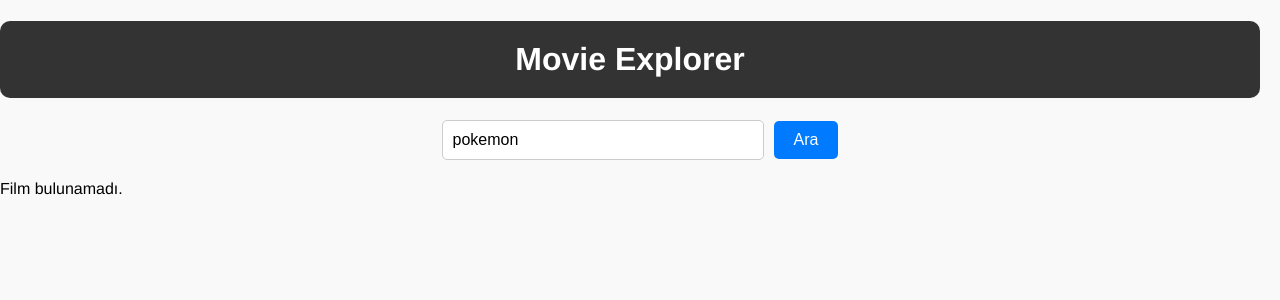
Repository: denizdizi/movie-explorer
Page: /
These files come from the project's save history. The page is drawn as it stood at one moment and after the next save; the edit follows.
The browser window is 1280 px wide. The pictures show the whole page.
The page's requests for data from a server got no answer. The project was rebuilt for these pictures with package versions that can differ from the ones it lists, and the page was loaded fresh each time. No one was signed in, and anything a server would have sent is missing. Also part of the build but not shown: src/App.css, src/components/MovieCard.js.

Above is the page before, as saved 2025-03-28 11:14:10.

### src/index.js
import React from 'react';
import ReactDOM from 'react-dom/client';
import './index.css';
import App from './App';
import reportWebVitals from './reportWebVitals';
import { Provider } from 'react-redux';
import store from "./store/store";

const root = ReactDOM.createRoot(document.getElementById('root'));
root.render(
  <Provider store={store}>
    <App />
  </Provider>
);

// If you want to start measuring performance in your app, pass a function
// to log results (for example: reportWebVitals(console.log))
// or send to an analytics endpoint. Learn more: https://bit.ly/CRA-vitals
reportWebVitals();

### src/App.js
import './App.css';
import React from "react";
import { BrowserRouter as Router, Routes, Route } from "react-router-dom";
import Home from "./pages/Home";
import "./styles/global.scss";

function App() {
  return (
    <Router>
      <Routes>
        <Route path="/" element={<Home />} />
        {/* <Route path="/movie/:id" element={<MovieDetails />} /> */}
      </Routes>
    </Router>
  );
}

export default App;

### src/store/store.js
import { createStore, applyMiddleware, combineReducers } from "redux";
import { thunk } from "redux-thunk";
import movieReducer from "./reducers";

const rootReducer = combineReducers({
  movies: movieReducer,
});

const store = createStore(rootReducer, applyMiddleware(thunk));

export default store;

### src/pages/Home.js
import React, { useEffect } from "react";
import { useDispatch, useSelector } from "react-redux";
import { fetchMovies } from "../store/actions";
import MovieList from "../components/MovieList";
import SearchBar from "../components/SearchBar";

const Home = () => {
  const dispatch = useDispatch();
  const { movies, loading, error } = useSelector((state) => state.movies);

  useEffect(() => {
    dispatch(fetchMovies("pokemon")); // Varsayılan olarak bir film listesi getir
  }, [dispatch]);

  return (
    <div>
      <h1 className="page-title">Movie Explorer</h1>
      <SearchBar />
      {loading && <p>Yükleniyor...</p>}
      {error && <p>Hata: {error}</p>}
      <MovieList movies={movies} />
    </div>
  );
};

export default Home;

### src/styles/global.scss
body {
    font-family: 'Franklin Gothic Medium', 'Arial Narrow', Arial, sans-serif;
    background-color: #f9f9f9;
}

.movie-list {
    justify-content: center;
}

.movie-line {
  display: flex;
  align-items: center;
  margin-bottom: 2em;
  background-color: #f9f9f9;
  gap: 2em;
  justify-content: center;
}

.movie-card {
  width: 200px; /* Kartın genişliği */
  height: 300px; /* Kartın yüksekliği */
  border-radius: 10px; /* Köşeleri yuvarlat */
  box-shadow: 0 4px 8px rgba(0, 0, 0, 0.2); /* Gölgelendirme */
  overflow: hidden; /* İçerik taşmasını engelle */
  background-color: #fff; /* Arka plan beyaz */
  display: flex;
  flex-direction: column; /* İçeriği dikey yerleştir */
  align-items: center;
  justify-content: flex-start; /* Başlık ve içerikler üst kısımda yer alsın */
  padding: 10px;
  border: 1px solid #ddd; /* Çerçeve */
}

.img-container {
  width: 100%; /* Konteynerin genişliği */
  height: 60%; /* Resmin yüksekliği */
  overflow: hidden;
  padding: 0; /* Paddingi sıfırlayın */
  display: flex;
  justify-content: center;
  align-items: center; /* Resmin ortalanması için */
  border-radius: 5px;
}

.img-container img {
  width: 100%;
  height: 100%;
  object-fit: cover; /* Resmi konteynere tam sığdır */
  object-position: center;
}

.movie-card h3 {
  margin-top: 10px;
  font-size: 16px;
  text-align: center;
}

@media (max-width: 700px) {
  .movie-line {
    flex-direction: column;
  }

  .img-container {
    height: 60%; /* Küçük ekranlarda img-container yüksekliğini azaltın */
  }
}

.search-bar {
    display: flex;
    align-items: center;
    justify-content: center;
    margin: 20px 0;
  }

  .input-wrapper {
    display: flex;
    position: relative;
  }

  .search-input {
    padding: 10px;
    font-size: 1rem;
    border-radius: 5px;
    border: 1px solid #ccc;
    width: 300px;
    transition: all 0.3s ease;
  }

  .search-input:focus {
    border-color: #007bff;
    outline: none;
  }

  .clear-btn {
    position: absolute;
    top: 50%;
    right: 10px;
    transform: translateY(-50%);
    background: none;
    border: none;
    font-size: 18px;
    color: #ccc;
    cursor: pointer;
    transition: color 0.3s;
  }

  .clear-btn:hover {
    color: #007bff;
  }

  .search-btn {
    padding: 10px 20px;
    background-color: #007bff;
    color: white;
    border: none;
    border-radius: 5px;
    cursor: pointer;
    margin-left: 10px;
    font-size: 1rem;
  }

  .search-btn:hover {
    background-color: #0056b3;
  }

  .page-title {
    background-color: #333; /* Başlık arkaplan rengini koyu gri yapıyoruz */
    color: #fff; /* Yazı rengini beyaz yapıyoruz */
    padding: 20px; /* Arka planın etrafına biraz boşluk ekliyoruz */
    font-size: 2em; /* Başlık boyutunu büyütüyoruz */
    margin-right: 20px; /* Yazıya sağdan biraz boşluk ekliyoruz */
    text-align: center; /* Başlığı ortalıyoruz */
    border-radius: 10px; /* Köşelere yuvarlaklık ekliyoruz */
  }

### src/store/reducers.js
import { FETCH_MOVIES_REQUEST, FETCH_MOVIES_SUCCESS, FETCH_MOVIES_FAILURE } from "./actions";

const initialState = {
  movies: [],
  loading: false,
  error: null,
};

const movieReducer = (state = initialState, action) => {
  switch (action.type) {
    case FETCH_MOVIES_REQUEST:
      return { ...state, loading: true };
    case FETCH_MOVIES_SUCCESS:
      return { ...state, loading: false, movies: action.payload };
    case FETCH_MOVIES_FAILURE:
      return { ...state, loading: false, error: action.payload };
    default:
      return state;
  }
};

export default movieReducer;

### src/store/actions.js
import { searchMovies } from "../utils/api";

export const FETCH_MOVIES_REQUEST = "FETCH_MOVIES_REQUEST";
export const FETCH_MOVIES_SUCCESS = "FETCH_MOVIES_SUCCESS";
export const FETCH_MOVIES_FAILURE = "FETCH_MOVIES_FAILURE";

export const fetchMovies = (query = "pokemon", page = 1) => async (dispatch) => {
  dispatch({ type: FETCH_MOVIES_REQUEST });

  try {
    const movies = await searchMovies(query, page);
    dispatch({ type: FETCH_MOVIES_SUCCESS, payload: movies });
  } catch (error) {
    dispatch({ type: FETCH_MOVIES_FAILURE, payload: error.message });
  }
};

### src/components/MovieList.js
import React from "react";
import MovieCard from "./MovieCard";

const MovieList = ({ movies }) => {
  if (!movies || movies.length === 0) {
    return <p>Film bulunamadı.</p>;
  }

  return (
    <div className="movie-list">
      <div className="row movie-line">
        {movies.slice(0, 5).map((movie) => (
          <MovieCard key={movie.imdbID} movie={movie} />
        ))}
      </div>
      <div className="row movie-line">
        {movies.slice(5, 10).map((movie) => (
          <MovieCard key={movie.imdbID} movie={movie} />
        ))}
      </div>
    </div>
  );
};

export default MovieList;

### src/components/SearchBar.js
import React, { useState } from "react";
import { useDispatch } from "react-redux";
import { fetchMovies } from "../store/actions";

const SearchBar = () => {
  const [query, setQuery] = useState("pokemon");
  const dispatch = useDispatch();

  const handleSearch = (e) => {
    e.preventDefault();
    if (query.trim() !== "") {
      dispatch(fetchMovies(query));
    }
  };

  return (
    <form onSubmit={handleSearch} className="search-bar">
      <div className="input-wrapper">
        <input
          type="text"
          placeholder="Film ara..."
          value={query}
          onChange={(e) => setQuery(e.target.value)}
          className="search-input"
        />
      </div>
      <button type="submit" className="search-btn">
        Ara
      </button>
    </form>
  );
};

export default SearchBar;

### src/utils/api.js
import axios from "axios";

const API_KEY = "df54e6ed";
const BASE_URL = "https://www.omdbapi.com/";

export const searchMovies = async (text = "pokemon", page = 1) => {
  try {
    const response = await axios.get(BASE_URL, {
      params: {
        apikey: API_KEY,
        s: text,
        page: page,
      },
    });
    return response.data.Search;
  } catch (error) {
    console.error("Film arama hatası:", error);
    return [];
  }
};

export const getMovieDetails = async (movieID) => {
  try {
    const response = await axios.get(BASE_URL, {
      params: {
        apikey: API_KEY,
        i: movieID,
      },
    });
    return response.data;
  } catch (error) {
    console.error("Film detaylarını getirme hatası:", error);
    return null;
  }
};

Loaded but not shown: public/index.html (common file); src/index.css (common file); src/reportWebVitals.js (common file); src/styles/movie.scss (no stored copy; drawn as an empty file)

After the next save:
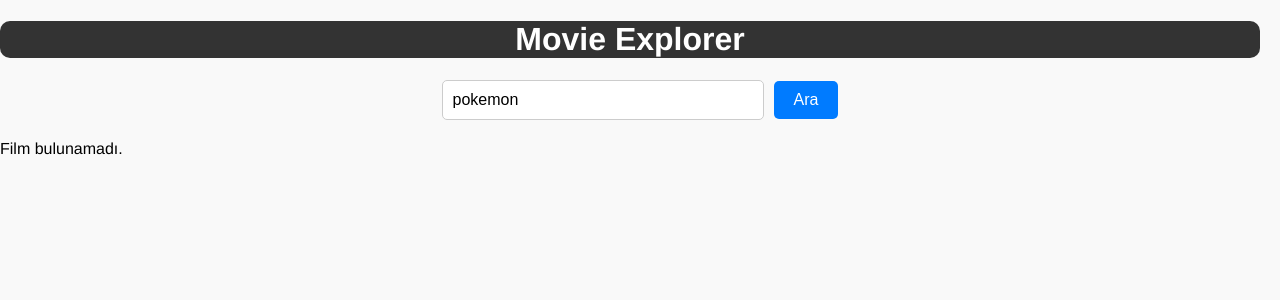
Saved 55 s later.
--- a/src/styles/global.scss
+++ b/src/styles/global.scss
@@ -125,8 +125,7 @@
 
   .page-title {
     background-color: #333; /* Başlık arkaplan rengini koyu gri yapıyoruz */
-    color: #fff; /* Yazı rengini beyaz yapıyoruz */
-    padding: 20px; /* Arka planın etrafına biraz boşluk ekliyoruz */
+    color: #fff; /* Yazı rengini beyaz yapıyoruz */ /* Arka planın etrafına biraz boşluk ekliyoruz */
     font-size: 2em; /* Başlık boyutunu büyütüyoruz */
     margin-right: 20px; /* Yazıya sağdan biraz boşluk ekliyoruz */
     text-align: center; /* Başlığı ortalıyoruz */

After the save that followed:
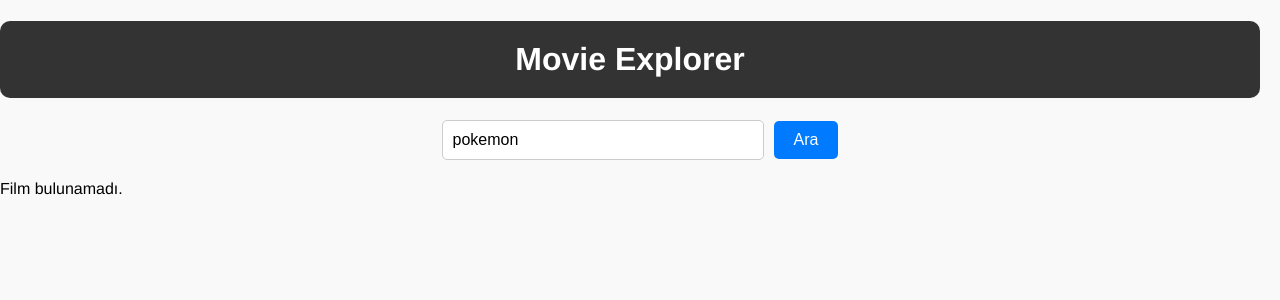
Saved 7 s later.
--- a/src/styles/global.scss
+++ b/src/styles/global.scss
@@ -125,7 +125,8 @@
 
   .page-title {
     background-color: #333; /* Başlık arkaplan rengini koyu gri yapıyoruz */
-    color: #fff; /* Yazı rengini beyaz yapıyoruz */ /* Arka planın etrafına biraz boşluk ekliyoruz */
+    color: #fff; /* Yazı rengini beyaz yapıyoruz */
+    padding: 20px; /* Arka planın etrafına biraz boşluk ekliyoruz */
     font-size: 2em; /* Başlık boyutunu büyütüyoruz */
     margin-right: 20px; /* Yazıya sağdan biraz boşluk ekliyoruz */
     text-align: center; /* Başlığı ortalıyoruz */
